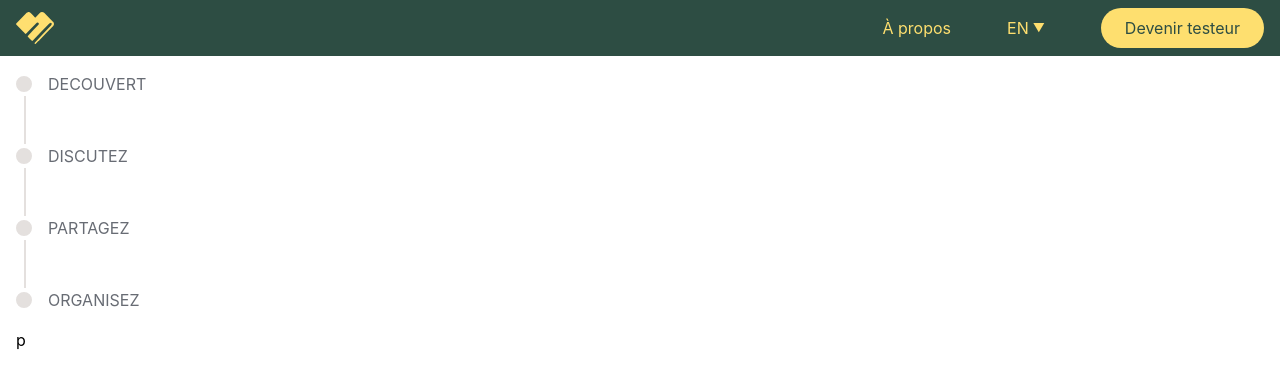
Repository: enas-elm/bookish-landing
Page: /
An editor plug-in stored every save of this project. The page is shown before and after the next save, followed by the edit.
The browser window is 1280 px wide. The pictures show the whole page.
The project was rebuilt for these pictures with package versions that can differ from the ones it lists, and the page was loaded fresh each time.

Above is the page before, as saved 2024-09-11 16:29:40.

### src/index.css
@tailwind base;
@tailwind components;
@tailwind utilities;

body {
  margin: 0;
  font-family: -apple-system, BlinkMacSystemFont, 'Segoe UI', 'Roboto', 'Oxygen',
    'Ubuntu', 'Cantarell', 'Fira Sans', 'Droid Sans', 'Helvetica Neue',
    sans-serif;
  -webkit-font-smoothing: antialiased;
  -moz-osx-font-smoothing: grayscale;
}

code {
  font-family: source-code-pro, Menlo, Monaco, Consolas, 'Courier New',
    monospace;
}

@layer base {
  @font-face {
      font-family: 'DM Sans Italic';
      src: url('../public/font/DMSans-VariableFont_opsz,wght.ttf') format('truetype');
      font-weight: 100 900;
       font-style: italic;
  }
  @font-face {
        font-family: "Passion One";
        src: url('../public/font/PassionOne-Regular.ttf') format('truetype');
        font-weight: normal;
        font-style: normal;
    }
    @font-face {
            font-family: "DM Display";
            src: url('../public/font/DMSerifDisplay-Regular.ttf') format('truetype');
            font-weight: normal;
            font-style: normal;
        }
    @font-face {
                font-family: "Inter";
                src: url('../public/font/Inter-VariableFont_opsz,wght.ttf') format('truetype');
                font-weight: 700;
            }
}

### src/App.js
import "./App.css";
import Navbar from "./components/Navbar";
import "./index.css";
import TimeLine from "./components/TimeLine";

function App() {
  return (
    <div className="App">
      <header className="header">
        <Navbar />
      </header>
      <TimeLine />
    </div>
  );
}

export default App;

### src/components/Navbar.js
import React, { useState, useRef, useEffect } from 'react'

const Navbar = () => {
  const [language, setLanguage] = useState('EN')
  const [dropdownOpen, setDropdownOpen] = useState(false)
  const dropdownRef = useRef(null)

  const toggleDropdown = () => {
    setDropdownOpen(!dropdownOpen)
  };

  const selectLanguage = (lang) => {
    setLanguage(lang)
    setDropdownOpen(false)
  };

  useEffect(() => {
    const handleClickOutside = (event) => {
      if (dropdownRef.current && !dropdownRef.current.contains(event.target)) {
        setDropdownOpen(false)
      }
    };
    document.addEventListener('mousedown', handleClickOutside)
    return () => {
      document.removeEventListener('mousedown', handleClickOutside)
    };
  }, [])

  return (
    <nav className="w-full bg-green px-4 py-2 flex justify-between items-center">
      <div className="flex-shrink-0">
        <img src="/Vector-jaune.svg" alt="Bookish" className="h-8" />
      </div>

      <div className="flex items-center gap-5 justify-end space-x-6">
        <a href="/about" className="hover:underline text-yellow">
          À propos
        </a>
        <div className="relative" ref={dropdownRef}>
          <button
            className="bg-transparent text-yellow px-3 py-1 focus:outline-none flex items-center gap-1"
            onClick={toggleDropdown}
          >
            {language} <span className="text-xs">▼</span>
          </button>

          {dropdownOpen && (
            <div className="absolute right-0 mt-2 py-2 w-32 bg-white text-black rounded-md shadow-lg z-10">
              <button
                className={`block w-full text-left px-4 py-2 hover:bg-gris ${language === 'EN' ? 'bg-gris' : ''}`}
                onClick={() => selectLanguage('EN')}
              >
                EN
              </button>
              <button
                className={`block w-full text-left px-4 py-2 hover:bg-gris ${language === 'FR' ? 'bg-gris' : ''}`}
                onClick={() => selectLanguage('FR')}
              >
                FR
              </button>
            </div>
          )}
        </div>

        <button className="bg-yellow text-green px-6 py-2 rounded-full hover:bg-yellow-500 hover:scale-105 hover:shadow-lg transition transform duration-300 ease-in-out">
          Devenir testeur
        </button>
      </div>
    </nav>
  )
}

export default Navbar

### src/components/TimeLine.js
import React, { useState } from "react";

const menuItems = [
  { id: 1, label: "DECOUVERT" },
  { id: 2, label: "DISCUTEZ" },
  { id: 3, label: "PARTAGEZ" },
  { id: 4, label: "ORGANISEZ" },
];

function TimelineMenu() {
  const [selectedItem, setSelectedItem] = useState(null);

  const handleClick = (id) => {
    setSelectedItem(id);
  };

  return (
    <div className="flex flex-col items-start p-4">
      {menuItems.map((item, index) => (
        <div key={item.id} className="flex flex-col items-start">
          {/* Timeline Item */}
          <div
            onClick={() => handleClick(item.id)}
            className={`flex items-center cursor-pointer transition-colors mb-4 ${
              selectedItem === item.id ? "text-green " : "text-gray-700"
            }`}
          >
            <div
              className={`w-4 h-4 rounded-full border-2 mr-4 transition-colors ${
                selectedItem === item.id ? "bg-green" : "bg-gris border-gris"
              }`}
            ></div>
            <span
              className={`transition-transform duration-300 text-3xl ${
                selectedItem === item.id
                  ? "text-8xl font-bold "
                  : "text-base text-noirClair text-4xl"
              }`}
            >
              {item.label}
            </span>
          </div>
          {/* Vertical Line */}
          {index < menuItems.length - 1 && (
            <div
              className={`h-12 bg-gris -mt-4 border-gris border-l-2 ml-2 transition-colors ${
                selectedItem === item.id ? "border-blue-500" : "border-gray-400"
              }`}
            ></div>
          )}
        </div>
      ))}

      <div>p</div>
    </div>
  );
}

export default TimelineMenu;

### tailwind.config.js
/** @type {import('tailwindcss').Config} */
module.exports = {
  content: ["./src/**/*.{js,jsx,ts,tsx}"],
  theme: {
    colors: {
      green: "#2D4D43",
      greenlight: "#8EBDAF",
      white: "#FAFAFA",
      beige: "#D8CCB5",
      black: "#131313",
      gris: "#E4E0DE",
      "gris-foncé": "#1B1E28",
      yellow: "#FEDF6F",
      noirClair: "#686C74",
    },
    fontFamily: {
      "dm-sans-italic": ['"DM Sans Italic"', "sans-serif"],
      "passion-one": ["PassionOne-Regular"],
      "dm-display": ["DMSerifDisplay-Regular"],
      inter: ["Inter"],
    },
    extend: {},
  },
  plugins: [],
};

Loaded but not shown: public/index.html (common file); src/index.js (common file); src/reportWebVitals.js (common file); src/App.css (common file)

After the next save:
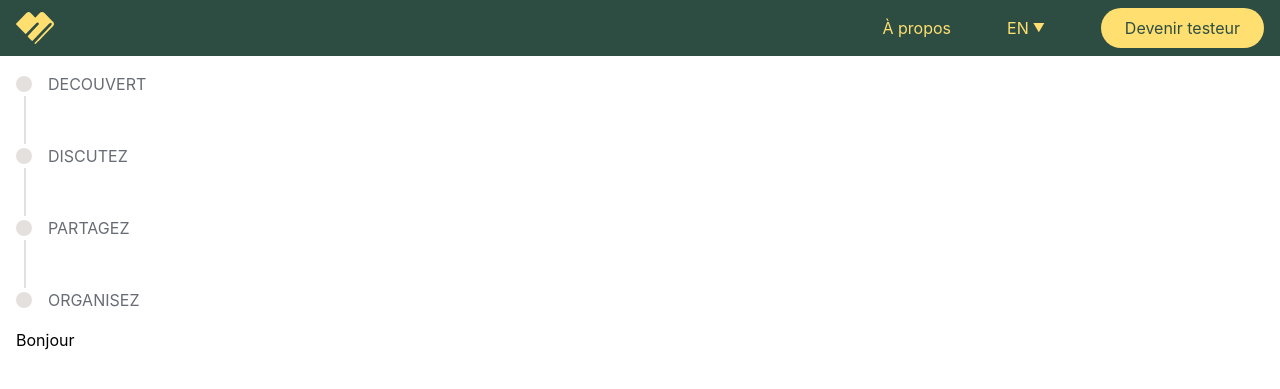
Saved 6 s later.
--- a/src/components/TimeLine.js
+++ b/src/components/TimeLine.js
@@ -51,7 +51,9 @@ function TimelineMenu() {
         </div>
       ))}
 
-      <div>p</div>
+      <div>
+        <p>Bonjour</p>
+      </div>
     </div>
   );
 }
